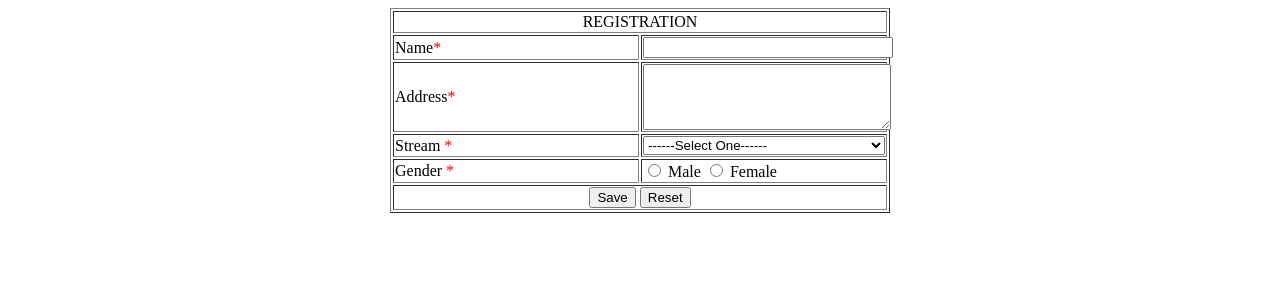
Repository: nsbgit/JavaTutorial
Page: http://localhost/Proj/
The author's editor kept a copy of each file at every save. The page is drawn from the files as they stood at one save, then again after the next save.
The browser window is 1280 px wide. The pictures show the whole page.
The page is served by Tomcat 9.

Above is the page before, as saved 2013-09-29 08:32:43.

### Webel/IDE/2013-09-29/TheSukanta/Proj/WebContent/first.jsp
<%@ page language="java" contentType="text/html; charset=ISO-8859-1"
    pageEncoding="ISO-8859-1"%>
<!DOCTYPE html PUBLIC "-//W3C//DTD HTML 4.01 Transitional//EN" "http://www.w3.org/TR/html4/loose.dtd">
<html>
<head>
<meta http-equiv="Content-Type" content="text/html; charset=ISO-8859-1">
<title>Insert title here</title>
<style type="text/css">
	.hd {
		background-color: #5E610B;
		color: white;
		font-size:  26px;
		font-weight: bold;
	}
</style>
</head>
<body>
	<table border="1" width="500px" align="center">
		<tr>
			<td align="center" colspan="2"> REGISTRATION  </td>
		</tr>
		<tr>
			<td width="50%">Name<font color="red">*</font> </td>
			<td>
				<input type="text" name="sName" id="sName" style="width: 100%">
			</td>
		</tr>
		<tr>
			<td width="50%">Address<font color="red">*</font> </td>
			<td>
				<textarea rows="4" cols="20" name="add" id="add"  style="width: 100%"></textarea>
			</td>
		</tr>
		<tr>
			<td width="50%">Stream <font color="red">*</font> </td>
			<td>
				<select name="stream" id="stream"  style="width: 100%">
					<option value="">------Select One------</option>
					<option value="cse">Computer Science</option>
					<option value="It">Information Technology</option>
					<option value="mca">MCA</option>
				</select>
			</td>
		</tr>
		<tr>
			<td width="50%">Gender <font color="red">*</font> </td>
			<td>
				<input type="radio" name="gen" value="m"> Male
				<input type="radio" name="gen" value="f"> Female
			</td>
		</tr>
		<tr>
			<td colspan="2" align="center">
				<input type="submit" value="Save">
				<input type="reset" value="Reset">
			</td>
		</tr>
	</table>
</body>
</html>

After the next save:
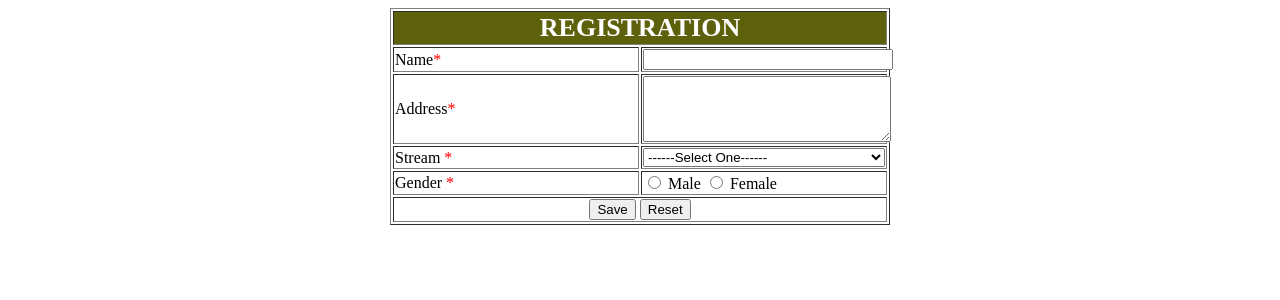
Saved 16 s later.
--- a/Webel/IDE/2013-09-29/TheSukanta/Proj/WebContent/first.jsp
+++ b/Webel/IDE/2013-09-29/TheSukanta/Proj/WebContent/first.jsp
@@ -17,7 +17,7 @@
 <body>
 	<table border="1" width="500px" align="center">
 		<tr>
-			<td align="center" colspan="2"> REGISTRATION  </td>
+			<td align="center" colspan="2" class="hd"> REGISTRATION  </td>
 		</tr>
 		<tr>
 			<td width="50%">Name<font color="red">*</font> </td>
